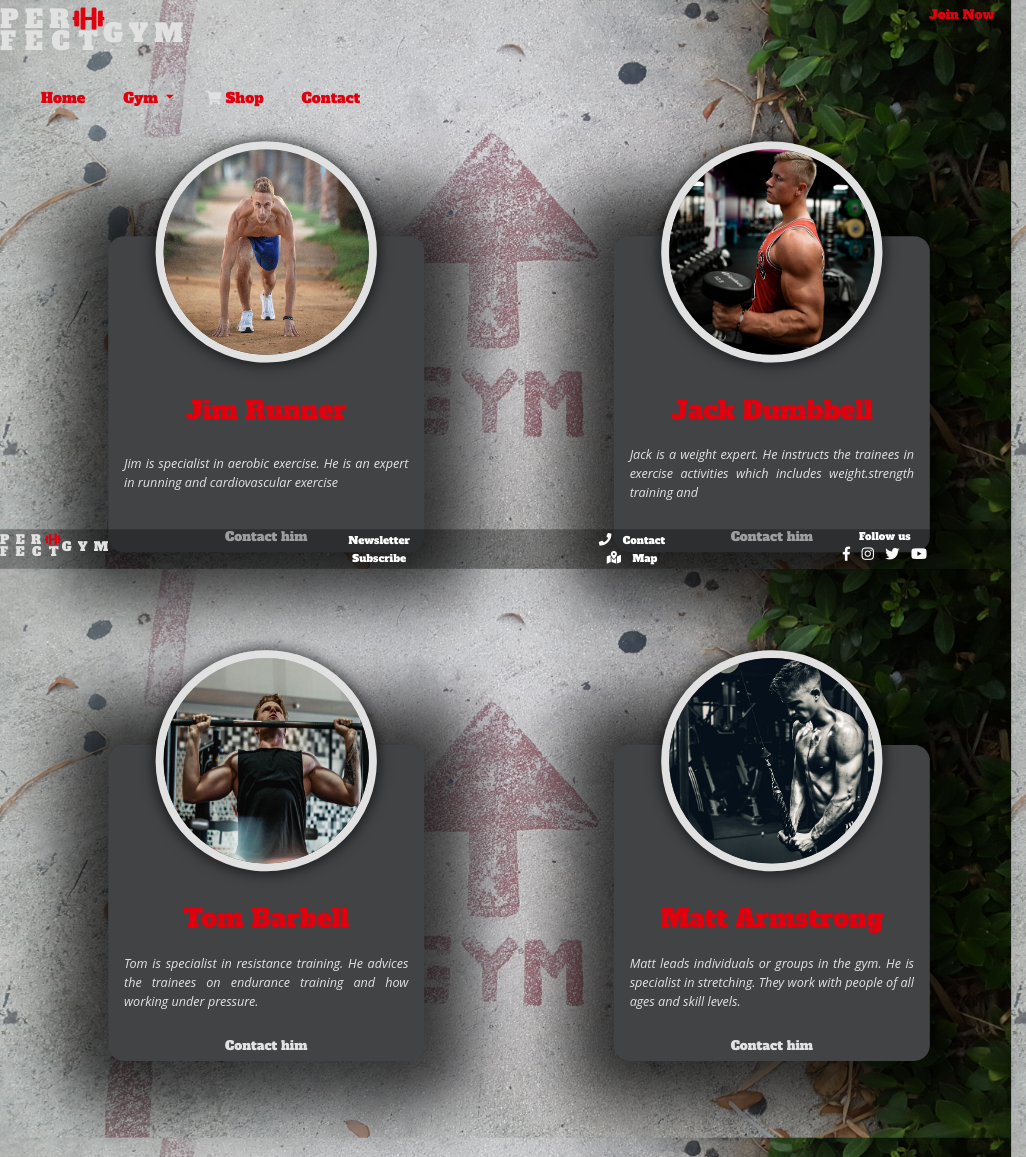
Repository: meghdadyazdi/UCFD-Milestone
Page: trainers.html
The author's editor kept a record of every edit. The page is drawn from the files as they stood at one moment, then again after the next edit.
The browser window is 1280 px wide. The page is 1299 px wide, so the pictures cover 1299 px, including what lies to the right of the window. The pictures show the whole page, at 79% of full size.
Backgrounds fixed to the window are drawn as part of the page. Some web libraries are served in a nearby version.

Above is the page before.

After the next edit:
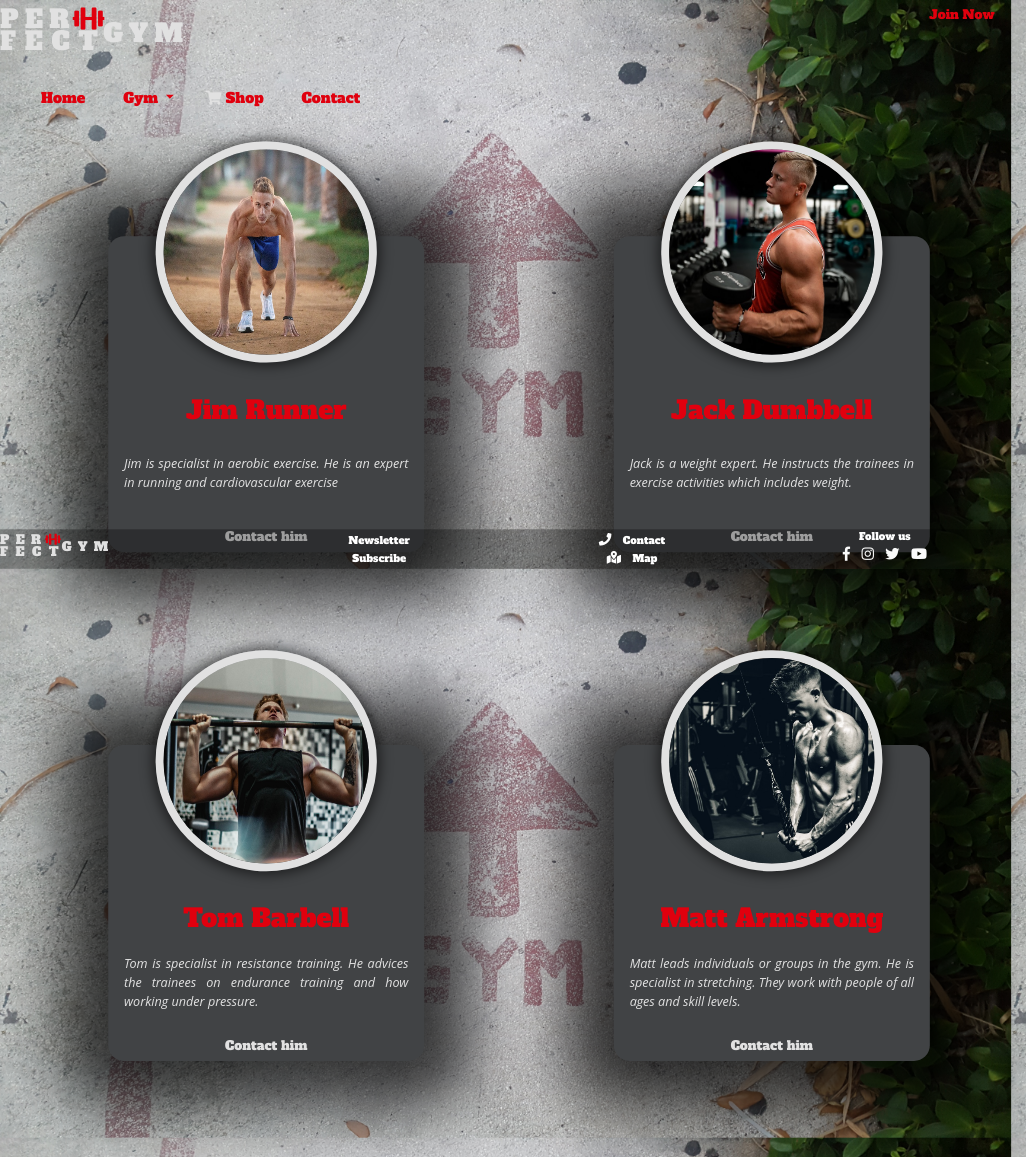
The edit:
--- a/trainers.html
+++ b/trainers.html
@@ -84,7 +84,7 @@
                     <img src="images/trainer2.jpg" class="trainer"></img>
                     <h2>Jack Dumbbell</h2>
                     <p class="">
-                        Jack is a weight expert. He instructs the trainees in exercise activities which includes weight.strength training and
+                        Jack is a weight expert. He instructs the trainees in exercise activities which includes weight.
                     </p>
                     <a href="#" class="btn p-0 m-0" data-toggle="modal" data-target="#join-us-modal">Contact him</a>
                 </div>
